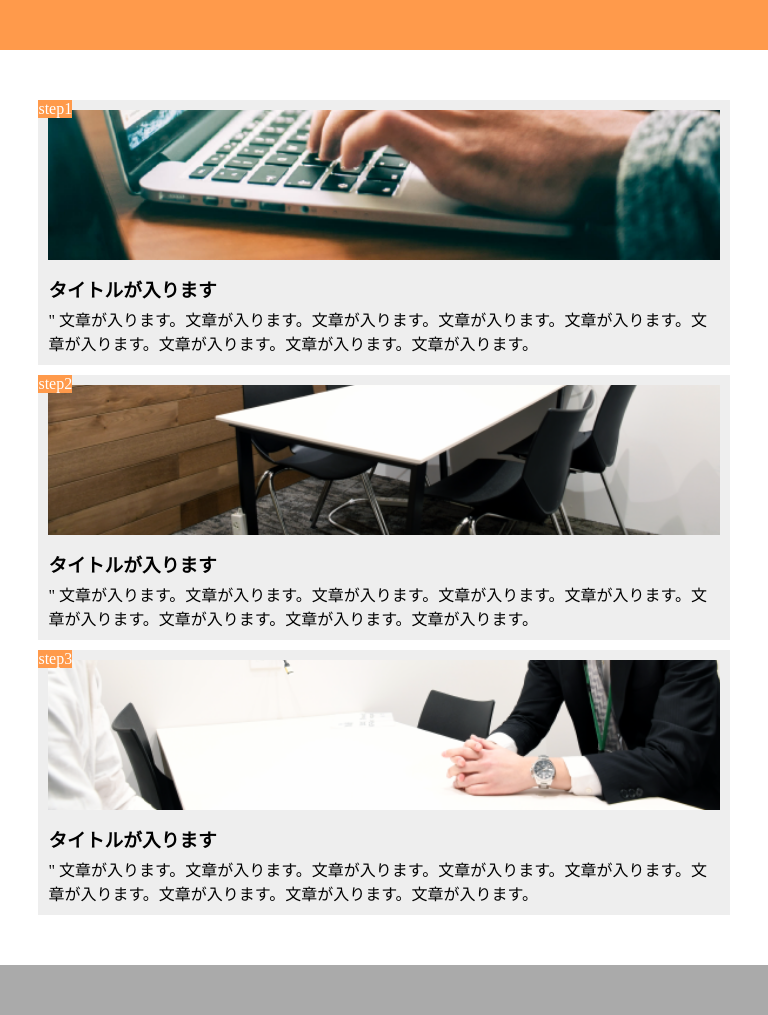
Repository: BRK-munger/9-
Page: 9章演習/index.html
The author's editor kept a record of every edit. The page is drawn from the files as they stood at one moment, then again after the next edit.
The browser window is 768 px wide. The pictures show the whole page.

Above is the page before.

After the next edit:
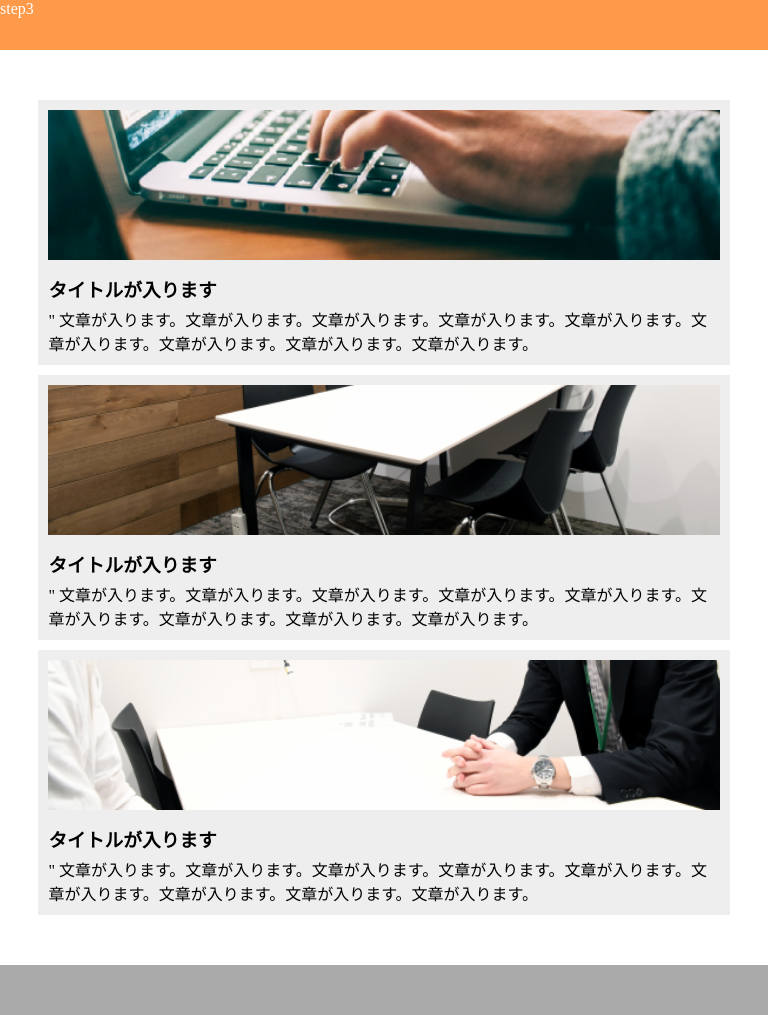
The edit:
--- a/9章演習/style.css
+++ b/9章演習/style.css
@@ -78,6 +78,7 @@
 .step-box {
   width: 90%;
   margin: 10px auto;
+  position: static;
  }
 
  .step-box:last-child {
